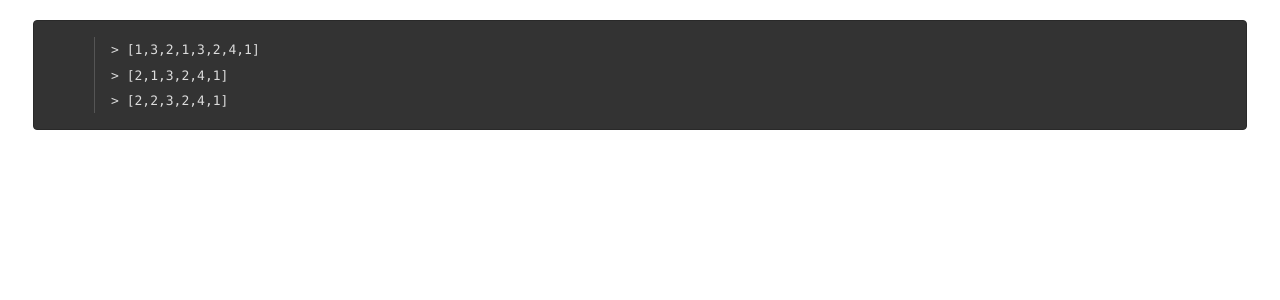
Repository: betaWeb/twicejs
Page: index.html
The author's editor kept a copy of each file at every save. The page is drawn from the files as they stood at one save, then again after the next save.
The browser window is 1280 px wide. The pictures show the whole page.

Above is the page before, as saved 2019-12-12 14:25:08.

After the next save:
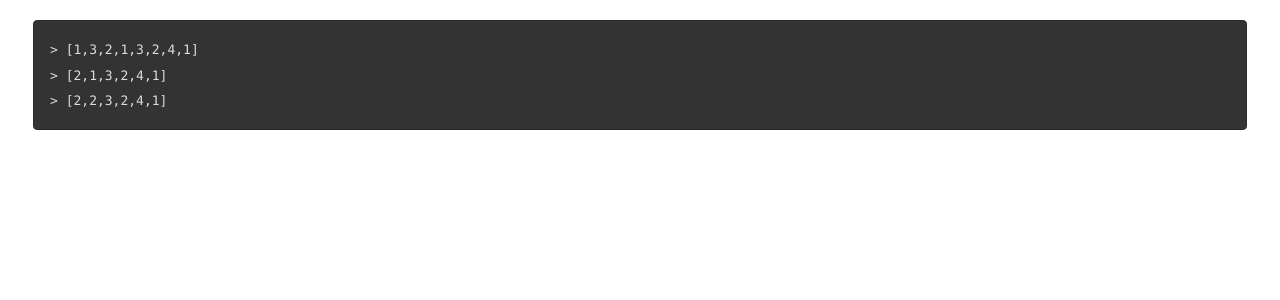
Saved 11 s later.
--- a/index.html
+++ b/index.html
@@ -25,9 +25,7 @@
         pre.code code {
             font-family: "Inconsolata", "Monaco", "Consolas", "Andale Mono", "Bitstream Vera Sans Mono", "Courier New", Courier, monospace;
             display: block;
-            margin: 0 0 0 60px;
             padding: .2rem 16px .2rem;
-            border-left: 1px solid #555;
             overflow-x: auto;
             font-size: 13px;
             line-height: 19px;
